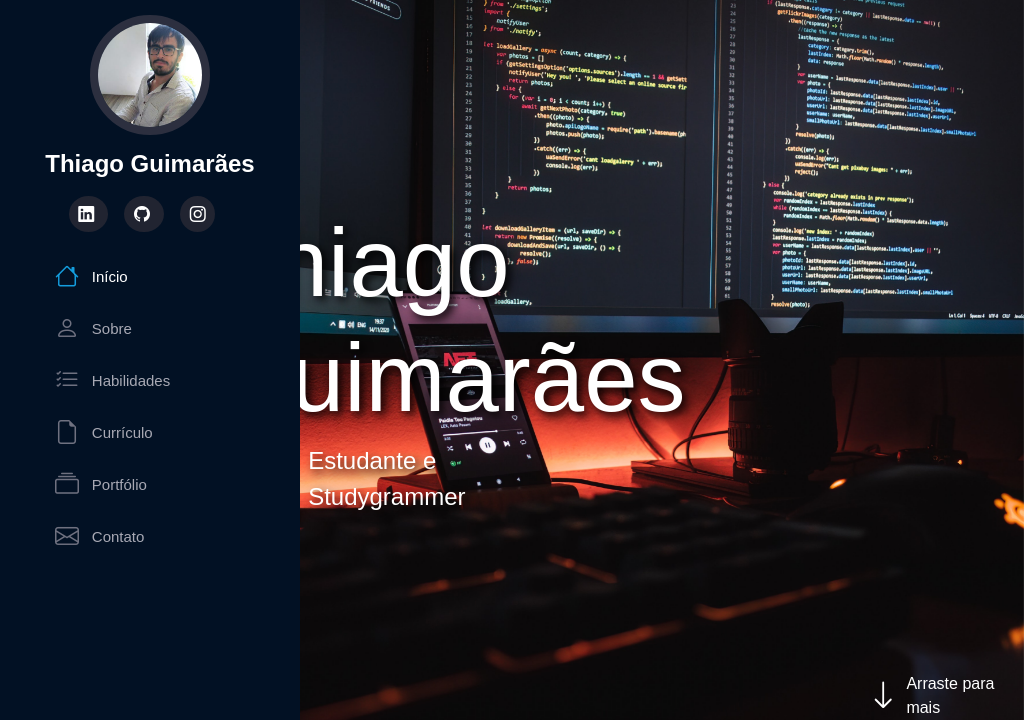
Repository: Rayago/projeto-portfolio
Page: http://localhost/
These files come from the project's save history. The page is drawn as it stood at one moment and after the next save; the edit follows.
The browser window is 1024 px wide. The pictures show the whole page.
Some web fonts or font styles are not loaded; a fallback is used. The page is served by the project's application, run on Flask 3 (app.py).

Above is the page before, as saved 2022-07-12 18:02:05.

After the next save:
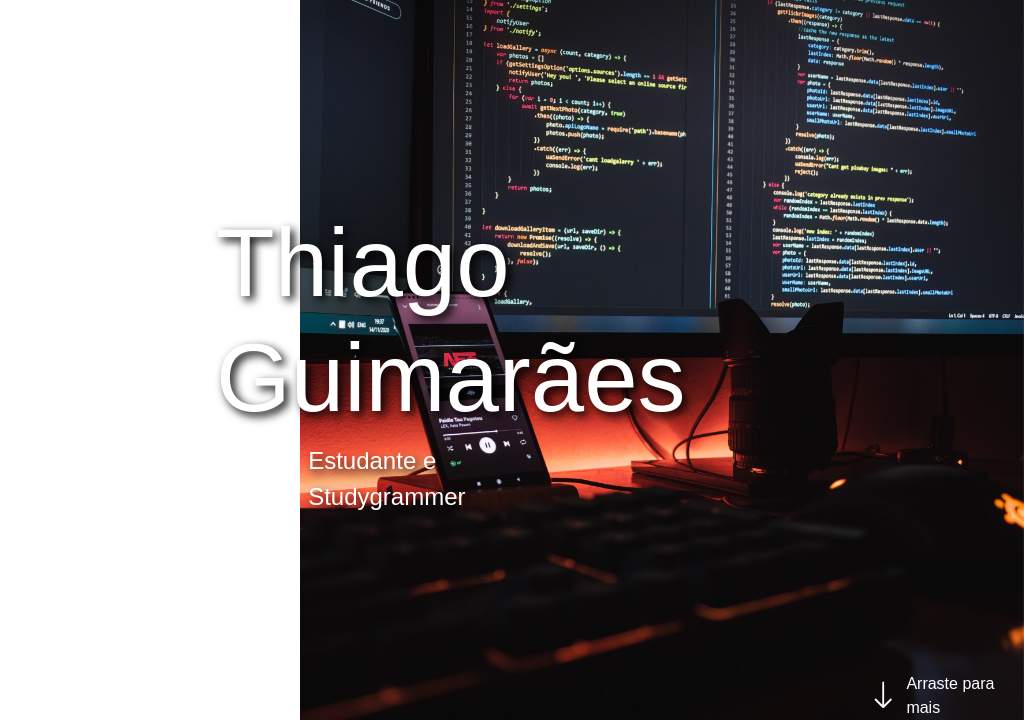
Saved 20 s later.
--- a/static/style.css
+++ b/static/style.css
@@ -142,5 +142,7 @@ i.menu-mobile {
 }
 
 @media (max-width: 1024px) {
-
+    #header {
+        left: -300px;
+    }
 }
